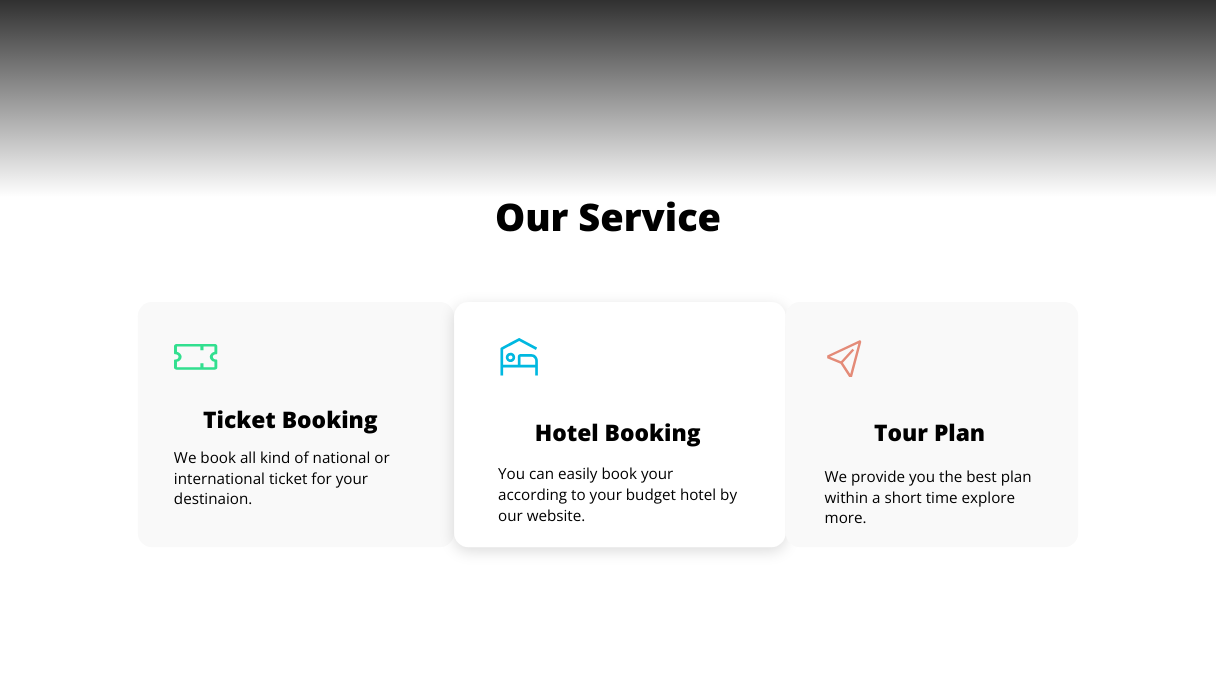
Repository: simralgasimov/back-project
Page: index.html
The author's editor kept a copy of each file at every save. The page is drawn from the files as they stood at one save, then again after the next save.
The browser window is 1280 px wide. The pictures show the whole page, at 95% of full size.
Some web fonts or font styles are not loaded; a fallback is used.

Above is the page before, as saved 2023-09-27 13:37:09.

### index.html
<!DOCTYPE html>
<html lang="en">
  <head>
    <meta charset="UTF-8" />
    <meta name="viewport" content="width=device-width, initial-scale=1.0" />
    <title>Document</title>
    <link rel="stylesheet" href="./index.css" />
  </head>
  <body>
    <div class="container">


    <div class="container-2">
      <h2>Our Service</h2>
      <div class="services">
        <div class="ticket">
          <img src="./Vector.svg" alt="" />
          <h1>Ticket Booking</h1>
          <p>
            We book all kind of national or international ticket for your
            destinaion.
          </p>
        </div>
        <div class="hotel">
          <img src="./carbon_hotel.svg" alt="" />
          <h1>Hotel Booking</h1>
          <p>
            You can easily book your according to your budget hotel by our
            website.
          </p>
        </div>
        <div class="tour">
          <img src="./cil_paper-plane.svg" alt="" />
          <h1>Tour Plan</h1>
          <p>We provide you the best plan within a short time explore more.</p>
        </div>
      </div>
    </div>
  </div>
  </body>
</html>

### index.css
@import url("https://fonts.googleapis.com/css2?family=Laila:wght@400;600;700&family=Open+Sans:wght@400;600;800&display=swap");
* {
  padding: 0;
  margin: 0;
  box-sizing: border-box;
}

.container {
  /* position: relative;
  z-index: 0; */
  /* padding: 32px 145px 63px 100px; */
  min-height: 100vh;
  width: 100%;

}

.container .navbar {
  width: 100%;
  padding: 20px 135px;
  display: flex;
  justify-content: space-between;
  align-items: center;
  /* margin: auto; */
  position: fixed;
  top: 0;
  background-color: black;
}
.container-1{
  background-image: url("./canyon-1740973_640.jpg");
  background-repeat: no-repeat;
  background-size: 100% 100%;
}
.container .navbar .logo {
  width: 76px;
  color: #fff;
  text-align: center;
  font-family: Laila;
  font-size: 24px;
  font-style: normal;
  font-weight: 700;
  line-height: 102.5%; /* 24.6px */
}

.container .navbar .menu ul {
  list-style-type: none;
  display: flex;
}

.container .navbar .menu ul li {
  color: #fff;
  font-family: Open Sans;
  font-size: 20px;
  font-style: normal;
  font-weight: 600;
  line-height: normal;
  justify-content: space-between;
  margin-left: 60px;
}

.container .navbar .icon {
  display: flex;
  justify-content: space-between;
  align-items: center;
}

.container .navbar .icon img:first-child {
  margin-right: 36px;
  width: 36px;
  height: 36px;
}
.container .navbar .icon img:last-child {
  width: 48px;
  height: 48px;
}

.container .box {
  display: flex;
  justify-content: center;
  text-align: center;
}
.container .container-1 h1 {
  width: 779px;
  color: #fff;
  text-align: center;
  font-family: Open Sans;
  font-size: 75px;
  font-style: normal;
  font-weight: 800;
  line-height: normal;
  /* margin-top: 250px; */
}

.container .text-box {
  margin-top: 57px;
  display: flex;
  justify-content: center;
  text-align: center;
}
.container .container-1  p {
  width: 568px;
  color: #fff;
  text-align: center;
  font-family: Open Sans;
  font-size: 16px;
  font-style: normal;
  font-weight: 400;
  line-height: normal;
}

.container .container-1  button {
  border: none;
  width: 214px;
  height: 60px;
  border-radius: 10px;
  background: #00a651;
  display: flex;
  margin: auto;
  margin-top: 52px;
}

.container .button a {
  /* display: flex;
    justify-content: center;
    text-align: center;
    align-items: center; */
  margin: auto;
  text-decoration: none;
  color: #fff;
  text-align: center;
  font-family: Open Sans;
  font-size: 24px;
  font-style: normal;
  font-weight: 600;
  line-height: normal;
}

.container-2 {
  padding: 200px 145px 88px 145px;
  background: linear-gradient(
    180deg,
    rgba(0, 0, 0, 0.81) 0%,
    rgba(72, 72, 72, 0) 31.25%,
    rgba(158, 158, 158, 0) 77.6%,
    #fff 85.42%
  );
}

.container-2 h2 {
  margin-bottom: 63px;
  /* display: flex;
        text-align: center;
        justify-content: center; */
  color: #000;
  text-align: center;
  font-family: Open Sans;
  font-size: 40px;
  font-style: normal;
  font-weight: 700;
  line-height: normal;
}

.container-2 .services {
  display: flex;
  /* margin: auto; */
  justify-content: space-between;
}

.container-2 .services .ticket {
  padding: 44px 50px 20px 38px;
  /* width: 416px;
height: 232px; */
  border-radius: 15px;
  background: #f9f9f9;
}

.container-2 .services .ticket h1 {
  margin-top: 30px;
  margin-bottom: 13px;
  color: #000;
  text-align: center;
  font-family: Open Sans;
  font-size: 24px;
  font-style: normal;
  font-weight: 700;
  line-height: normal;
}

.container-2 .services .ticket p {
  color: #000;
  font-family: Open Sans;
  font-size: 16px;
  font-style: normal;
  font-weight: 400;
  line-height: normal;
}

.container-2 .services .hotel {
  padding: 35px 51px 20px 46px;
  border-radius: 15px;
  background: #fff;
  box-shadow: 0px 4px 16px 0px rgba(0, 0, 0, 0.15);
}

.container-2 .services .hotel h1 {
  margin-top: 36px;
  margin-bottom: 16px;
  color: #000;
  text-align: center;
  font-family: Open Sans;
  font-size: 24px;
  font-style: normal;
  font-weight: 700;
  line-height: normal;
}

.container-2 .services .hotel p {
  color: #000;
  font-family: Open Sans;
  font-size: 16px;
  font-style: normal;
  font-weight: 400;
  line-height: normal;
}

.container-2 .services .tour {
  padding: 39px 46px 20px 41px;
  border-radius: 15px;
  background: #f9f9f9;
}

.container-2 .services .tour h1 {
  margin-top: 36px;
  margin-bottom: 19px;
  color: #000;
  text-align: center;
  font-family: Open Sans;
  font-size: 24px;
  font-style: normal;
  font-weight: 700;
  line-height: normal;
}
.container-2 .services .tour p {
  color: #000;
  font-family: Open Sans;
  font-size: 16px;
  font-style: normal;
  font-weight: 400;
  line-height: normal;
}

After the next save:
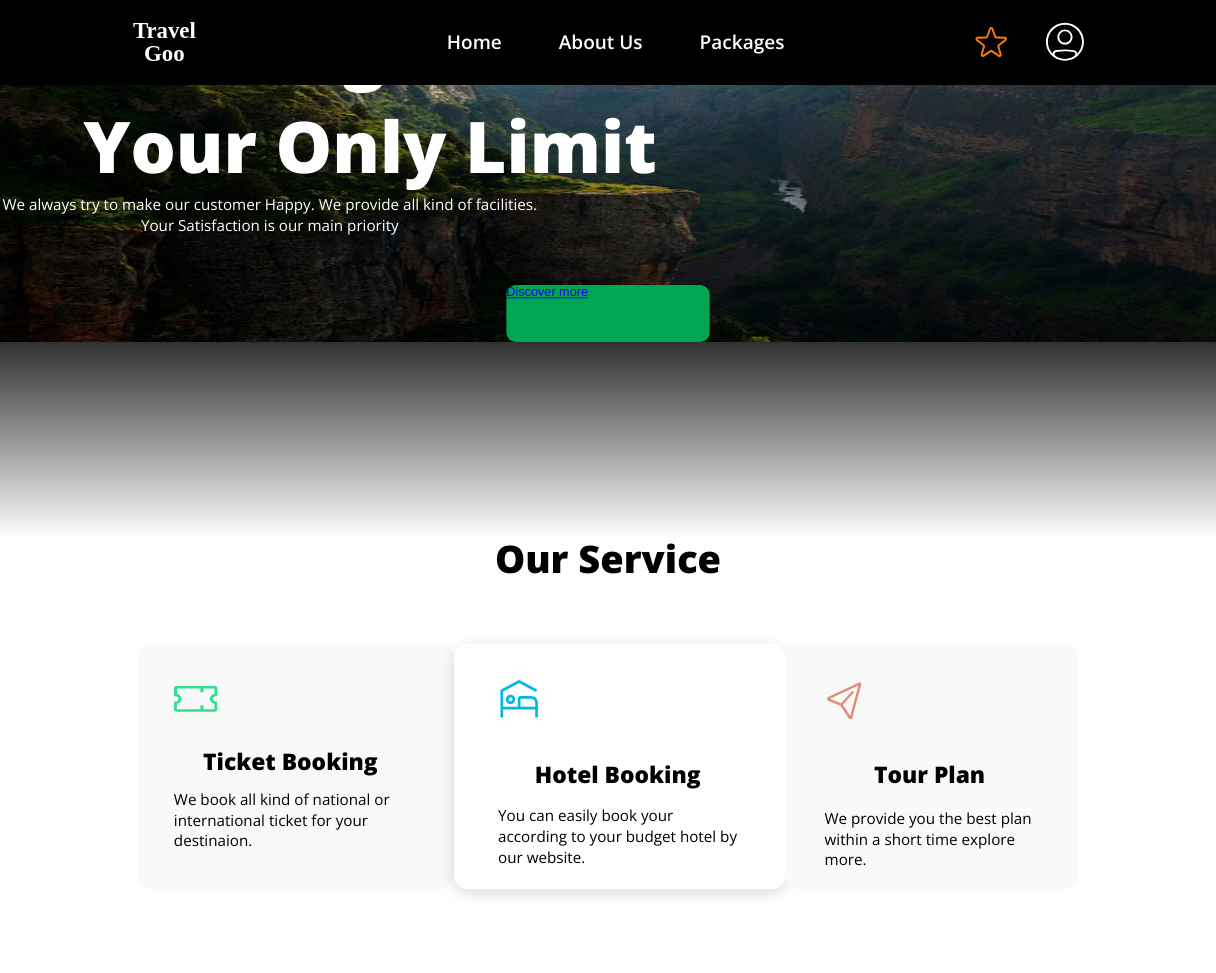
Saved 5 s later.
--- a/index.html
+++ b/index.html
@@ -8,7 +8,48 @@
   </head>
   <body>
     <div class="container">
+ <div class="container-1">
+  <div class="navbar">
+    <div class="logo">
+      Travel
+      <div>Goo</div>
+    </div>
+    <div class="menu">
+      <ul>
+        <li>Home</li>
+        <li>About Us</li>
+        <li>Packages</li>
+      </ul>
+    </div>
+    <div class="icon">
+        <img src="./clarity_favorite-line.svg" alt="" />
+        <img src="./healthicons_ui-user-profile-outline.svg" alt="" />
+    </div>
+  </div>
+  <main>
+    <!-- <div class="box">
+      <h1>Your Imagination Is Your Only Limit</h1>
+    </div>
 
+    <div class="text-box">
+      <p>
+        We always try to make our customer Happy. We provide all kind of
+        facilities. Your Satisfaction is our main priority
+      </p>
+    </div>
+
+    <div class="button"><a href="#">Discover more</a></div> -->
+
+    <h1>Your Imagination Is Your Only Limit</h1>
+    <p>
+      We always try to make our customer Happy. We provide all kind of
+      facilities. Your Satisfaction is our main priority
+    </p>
+    <button>
+      <a href="#">Discover more</a>        </button>
+    </main>
+
+ </div>
 
     <div class="container-2">
       <h2>Our Service</h2>
